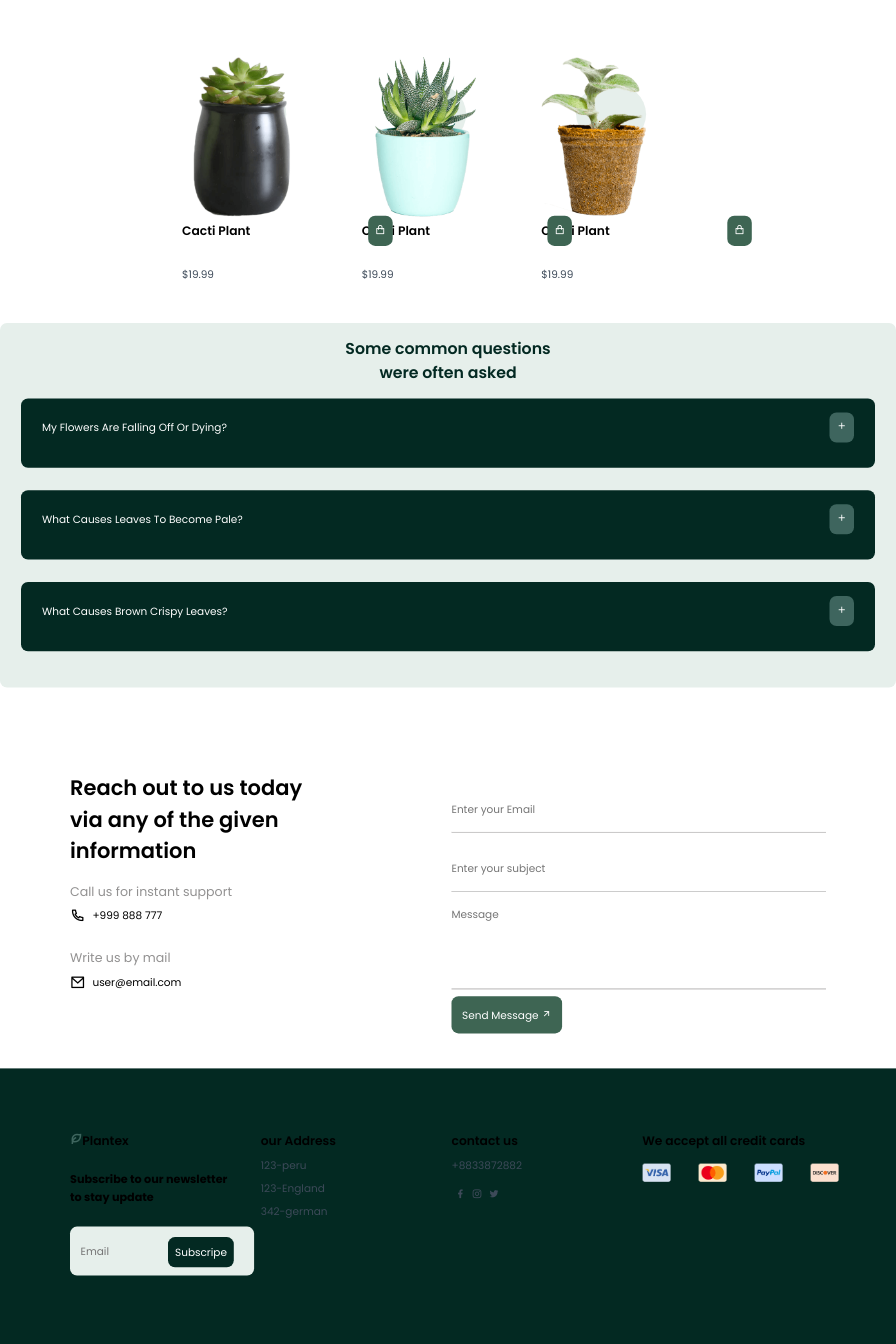
Repository: OmniaRafat232111121/plantwebsite
Page: index.html
An editor plug-in stored every save of this project. The page is shown before and after the next save, followed by the edit.
The browser window is 1280 px wide. The pictures show the part of the page from y = 2356 to 4276 px (the page is 4276 px tall), at 70% of full size.

Above is the page before, as saved 2023-01-05 17:16:08.

After the next save:
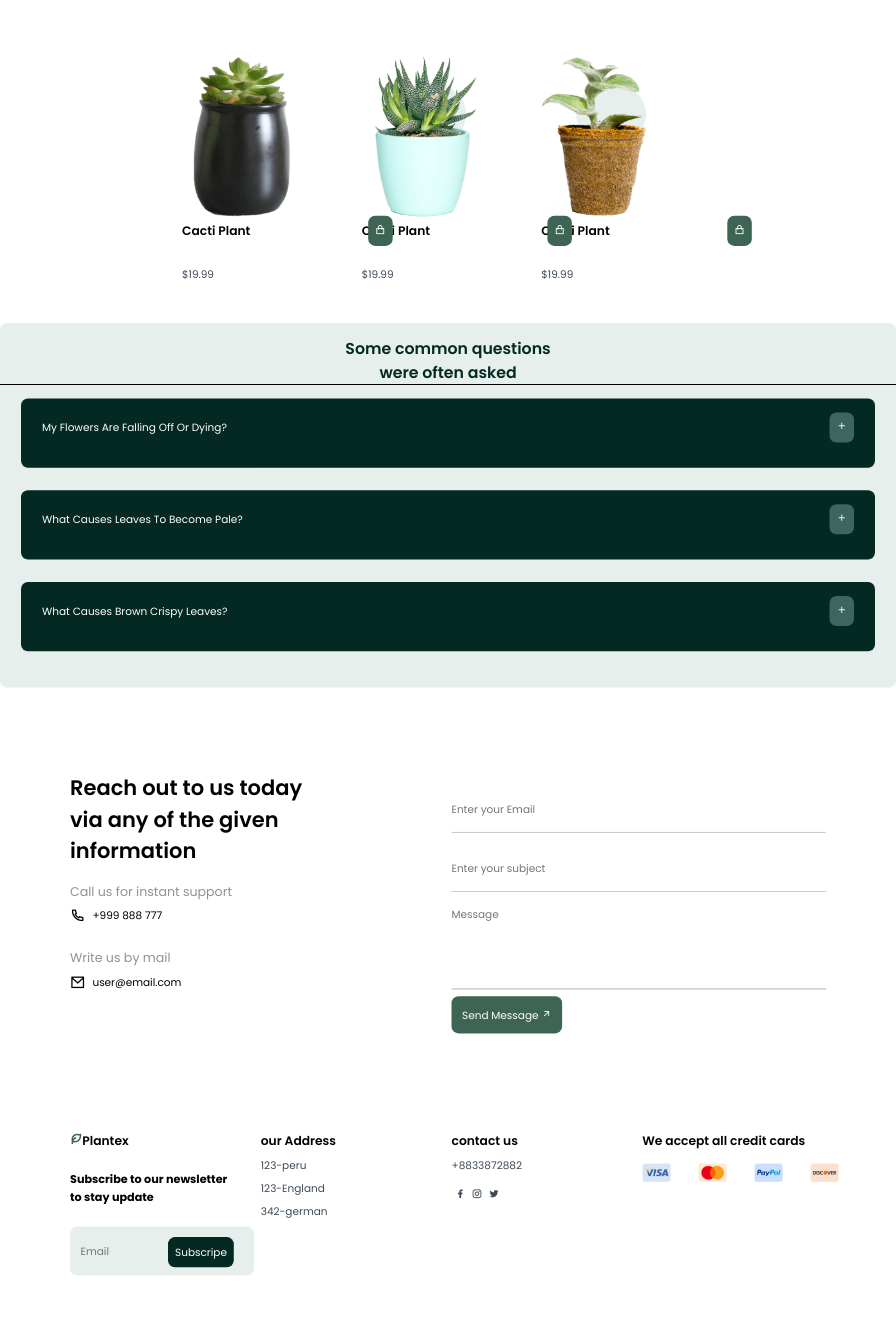
Saved 8 s later.
--- a/assets/css/styles.css
+++ b/assets/css/styles.css
@@ -730,7 +730,7 @@ color: #3e6553;
 .footer{
   position:relative;
 padding:50px 100px;
-background-color: #032922;
+
 }
 .footer-container{
   display:grid;
